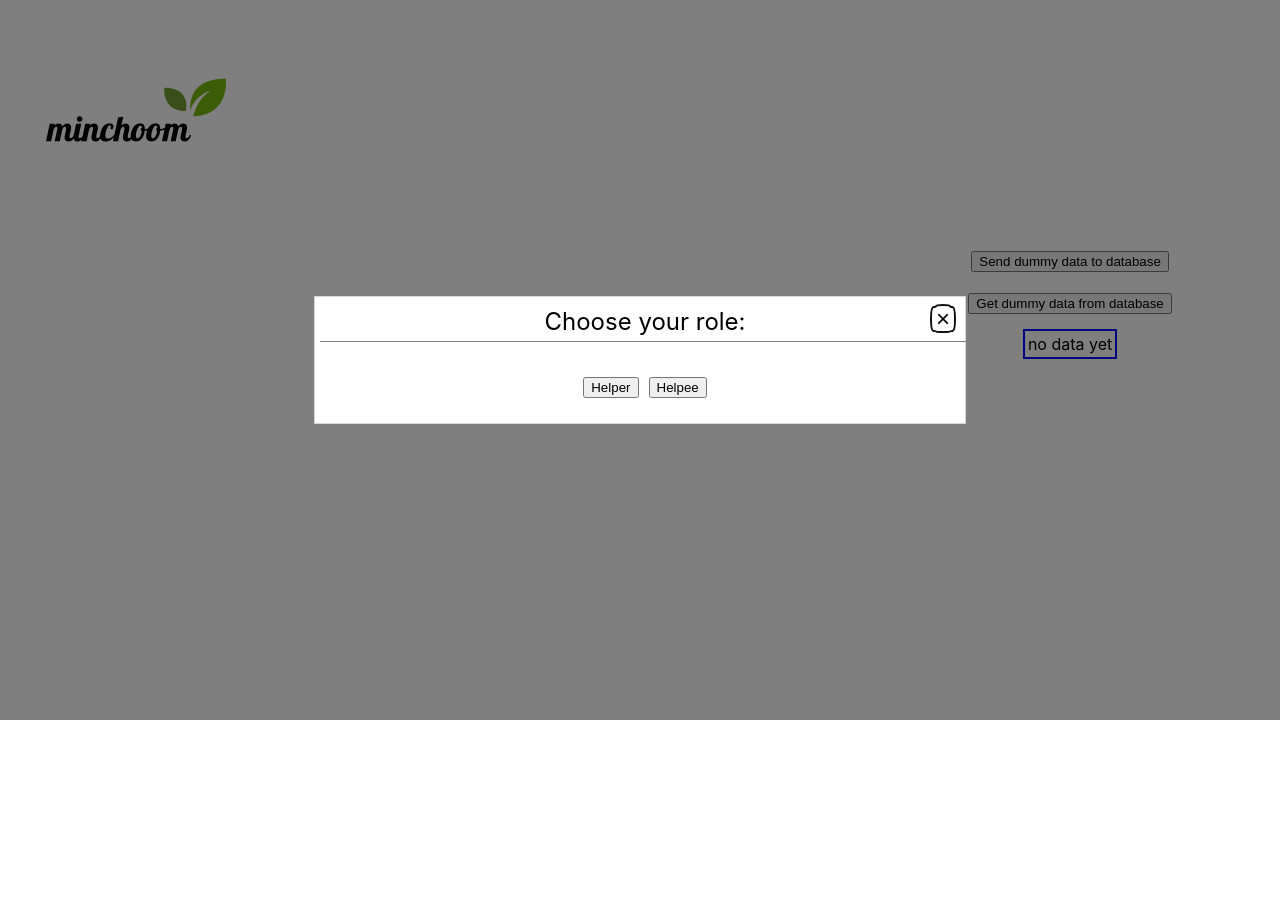
Repository: jeongeonp/MinChoAvengers
Page: / (app in minchoom/)
The author's editor kept a copy of each file at every save. The page is drawn from the files as they stood at one save, then again after the next save.
The browser window is 1280 px wide. The pictures show the whole page.
The project was rebuilt for these pictures with package versions that can differ from the ones it lists, and the page was loaded fresh each time.

Above is the page before, as saved 2020-11-19 16:48:34.

After the next save:
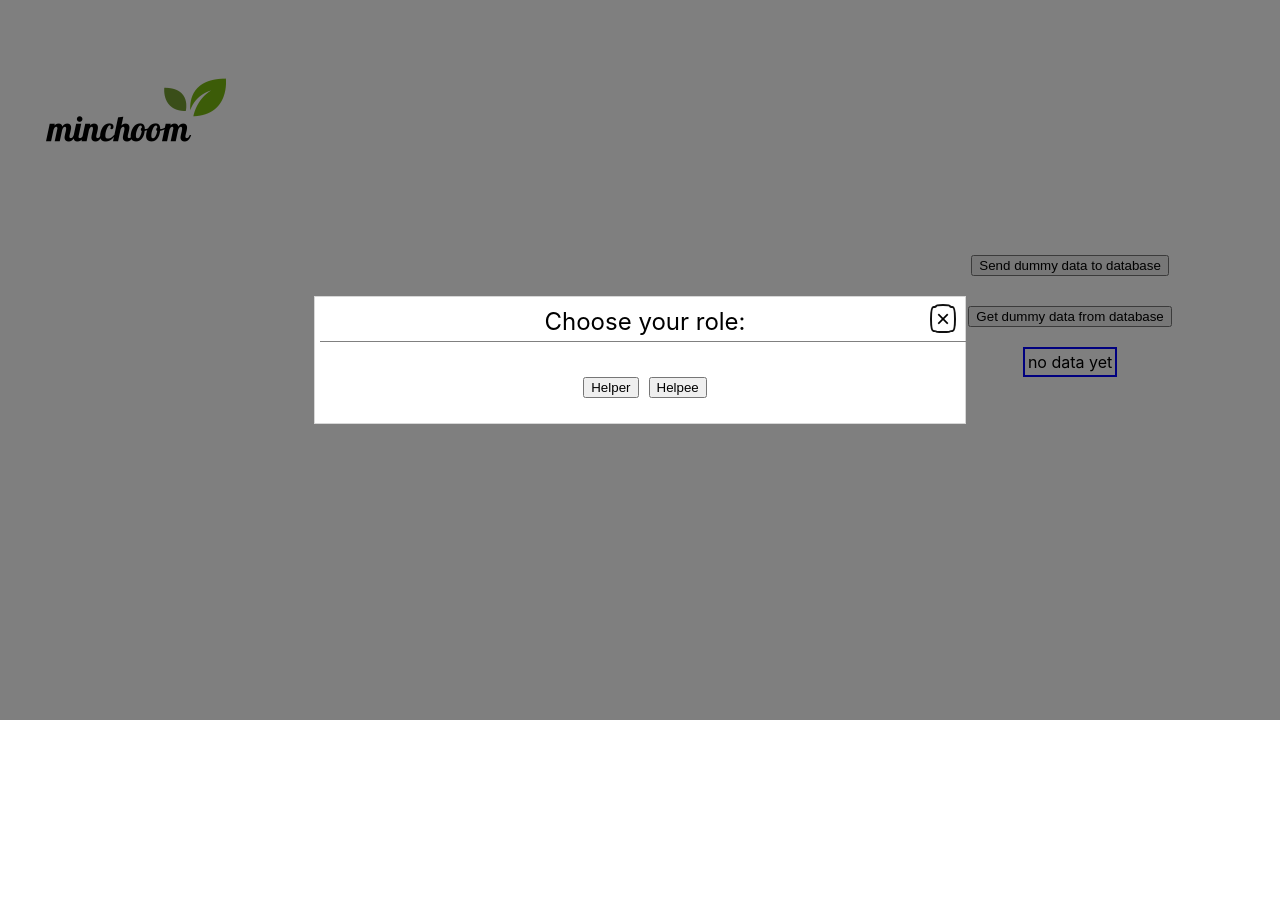
Saved 2 min 6 s later.
--- a/minchoom/src/components/Home.js
+++ b/minchoom/src/components/Home.js
@@ -90,8 +90,8 @@
                     <Chat>
 
                     </Chat>
-                    <button type="button" onClick={sendData}>Send dummy data to database</button> <br/> <br/>
-                    <button type="button" onClick={getData}>Get dummy data from database</button> <br/> <br/>
+                    <Button type="button" onClick={sendData}>Send dummy data to database</Button> <br/> <br/>
+                    <Button type="button" onClick={getData}>Get dummy data from database</Button> <br/> <br/>
                     { dummyData
                         ?
                         <span style={{border: "2px solid blue", padding: "3px", margin: "3px"}}>{dummyData}</span>

After the 2 saves that followed:
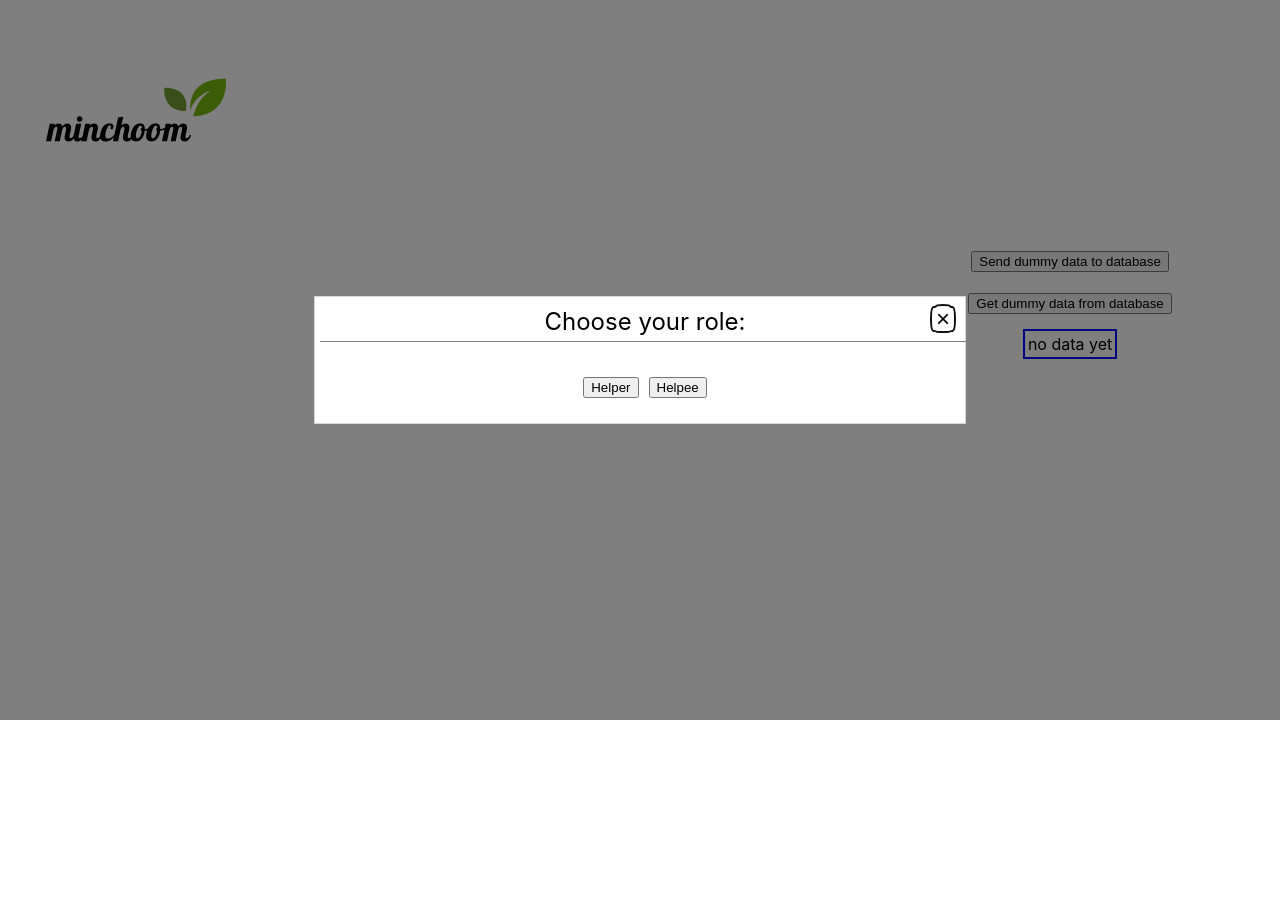
The 2 saves are shown as one change because 1 did not build or start.
The last was saved 56 s later.
--- a/minchoom/src/components/Home.js
+++ b/minchoom/src/components/Home.js
@@ -90,8 +90,8 @@
                     <Chat>
 
                     </Chat>
-                    <Button type="button" onClick={sendData}>Send dummy data to database</Button> <br/> <br/>
-                    <Button type="button" onClick={getData}>Get dummy data from database</Button> <br/> <br/>
+                    <button type="button" onClick={sendData}>Send dummy data to database</button> <br/> <br/>
+                    <button type="button" onClick={getData}>Get dummy data from database</button> <br/> <br/>
                     { dummyData
                         ?
                         <span style={{border: "2px solid blue", padding: "3px", margin: "3px"}}>{dummyData}</span>
